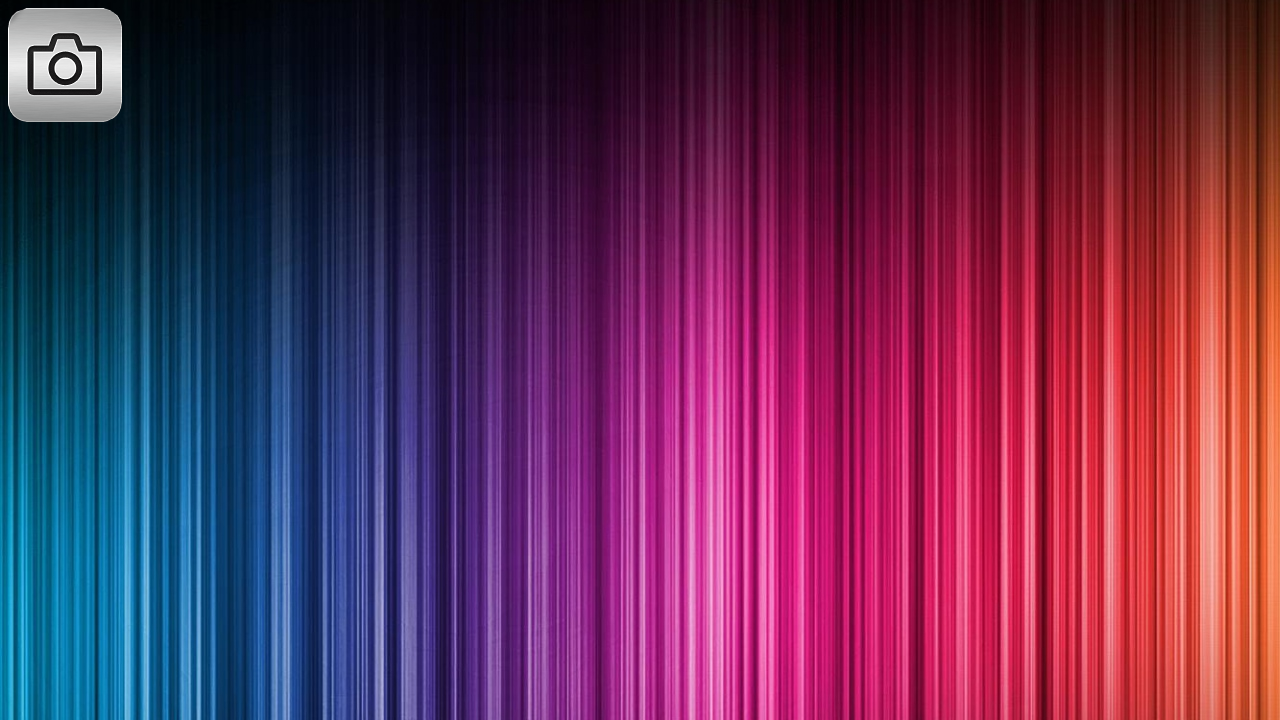
Repository: kn222gp/1dv403-laborationer
Page: 5-pwd/index.html
The author's editor kept a record of every edit. The page is drawn from the files as they stood at one moment, then again after the next edit.
The browser window is 1280 px wide. The pictures show the whole page.
The page's requests for data from a server got no answer.

Above is the page before.

After the next edit:
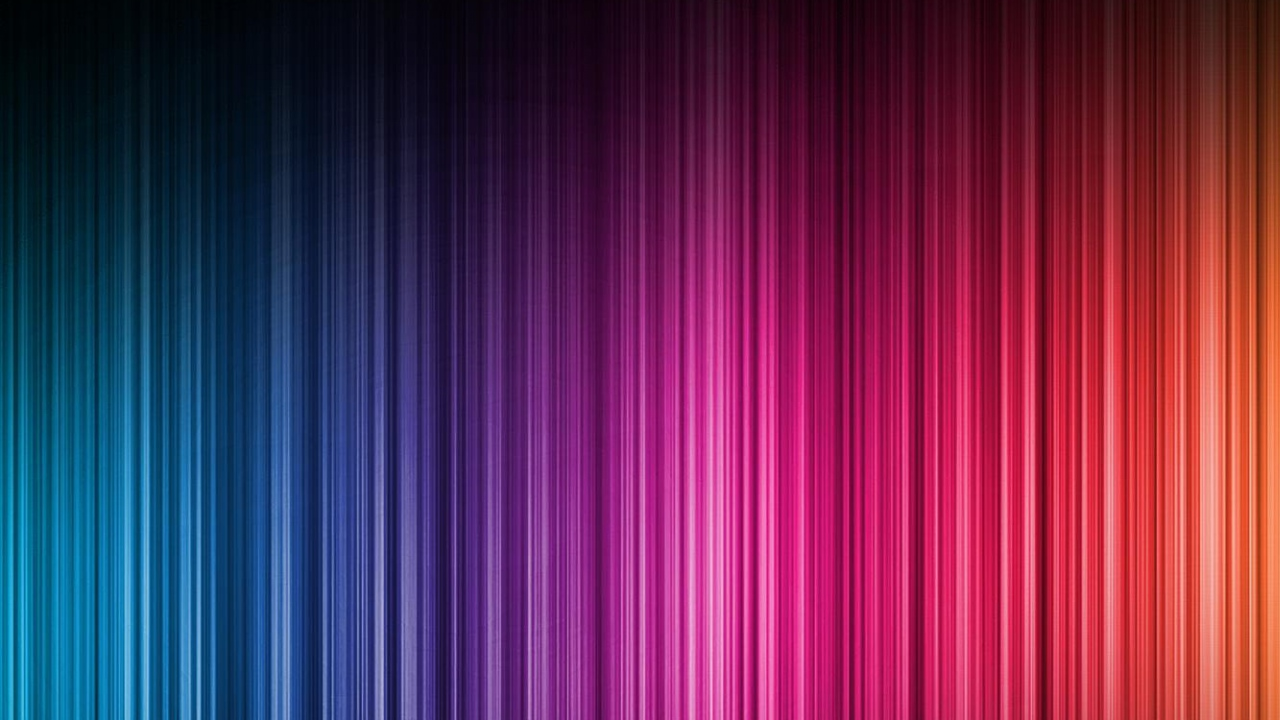
The edit:
--- a/5-pwd/index.html
+++ b/5-pwd/index.html
@@ -37,10 +37,6 @@
     </div>
 
 
-    <script type="text/javascript" src="script/desktop.js"></script>
-    <script type="text/javascript" src="script/window.js"></script>
-    <script type="text/javascript" src="script/script.js"></script>
-    <script type="text/javascript" src="script/start.js"></script>
-    <script type="text/javascript" src="script/gallery.js"></script>
+
 </body>
 </html>

After the 2 edits that followed:
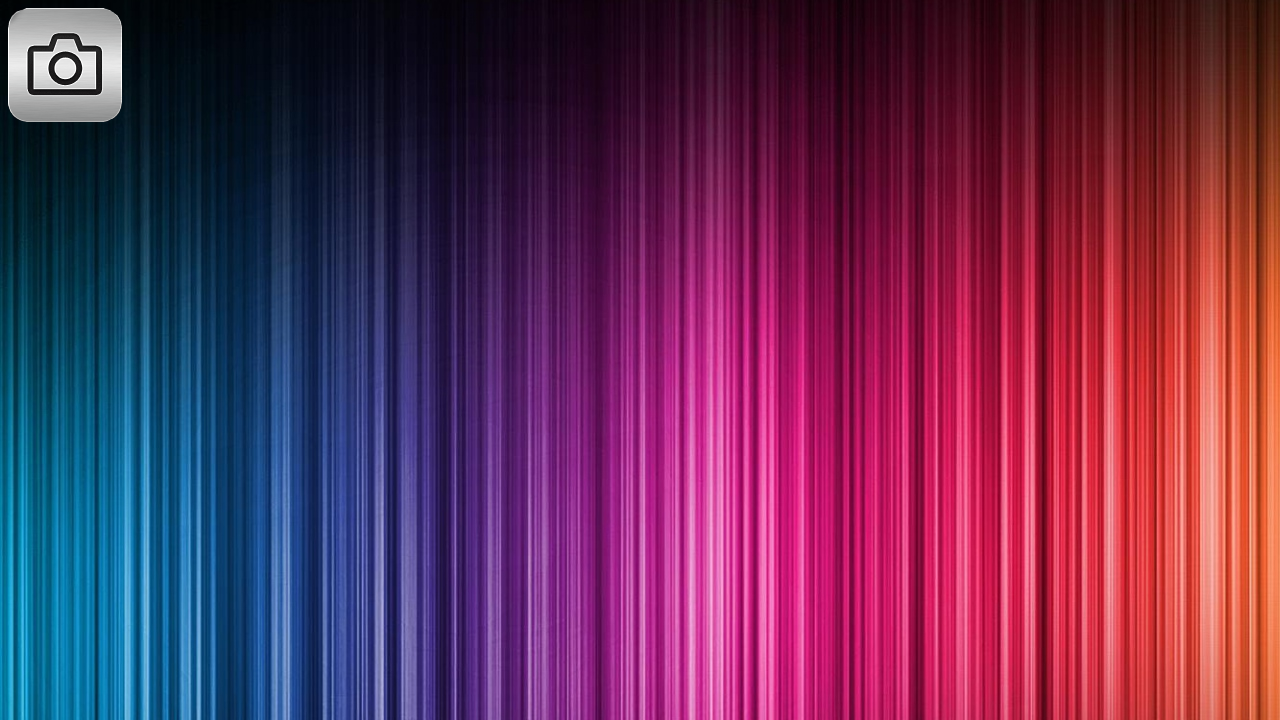
The 2 edits are shown as one change because 1 left the picture as it was.
The edit:
--- a/5-pwd/index.html
+++ b/5-pwd/index.html
@@ -4,6 +4,13 @@
 	<meta charset="UTF-8" lang="sv"/>
  	<title>JavaScript - 5-pwd - Virtual desktop</title>
  	<link rel="stylesheet" href="style.css" type="text/css" />
+
+ 	<script type="text/javascript" src="script/script.js"></script>
+    <script type="text/javascript" src="script/start.js"></script>
+ 	<script type="text/javascript" src="script/desktop.js"></script>
+    <script type="text/javascript" src="script/window.js"></script>
+
+    <script type="text/javascript" src="script/gallery.js"></script>
 
 </head>
 
